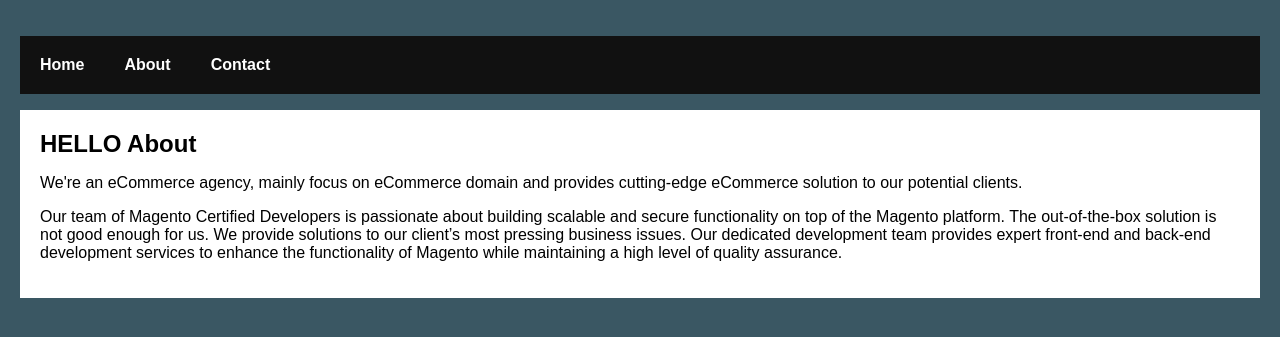
Repository: hardikaureate/React-Pages-Menu
Page: /#/about
These files come from the project's save history. The page is drawn as it stood at one moment and after the next save; the edit follows.
The browser window is 1280 px wide. The pictures show the whole page.
The project was rebuilt for these pictures with package versions that can differ from the ones it lists, and the page was loaded fresh each time. Also part of the build but not shown: src/Home.js, src/Contact.js.

Above is the page before, as saved 2020-10-09 13:13:33.

### src/index.js
import React from 'react';
import ReactDOM from 'react-dom';
import './index.css';
import Main from './Main';


ReactDOM.render(<Main />, document.getElementById('root'));

### src/index.css
body {
    background-color: #3a5763;
    padding: 20px;
    margin: 0;
}

h1,
h2,
p,
ul,
li {
    font-family: sans-serif;
}

ul.header li {
    display: inline;
    list-style-type: none;
    margin: 0;
}

ul.header {
    background-color: #111;
    padding: 0;
}

ul.header li a {
    color: #FFF;
    font-weight: bold;
    text-decoration: none;
    padding: 20px;
    display: inline-block;
}

.content {
    background-color: #FFF;
    padding: 20px;
}

.content h2 {
    padding: 0;
    margin: 0;
}

.content li {
    margin-bottom: 10px;
}

.active {
    background-color: #0099FF;
}

### src/Main.js
import React, { Component } from 'react'
import {Route, Link, HashRouter} from 'react-router-dom';
import Home from './Home';
import About from './About';
import Contact from './Contact';


class Main extends Component {
        render(){
                return(
                        <HashRouter>
                        <React.Fragment>
                                <ul className="header">
                                        <li><Link exact to="/">Home</Link></li>
                                        <li><Link to="/about">About</Link></li>
                                        <li><Link to="/contact">Contact</Link></li>
                                </ul>

                                <div className="content">
                                        <Route exact path="/" component={Home} />
                                        <Route path="/about" component={About} />
                                        <Route path="/contact" component={Contact} />
                                </div>
                        </React.Fragment>
                        </HashRouter>
                )
        }
}

export default Main;

### src/About.js
import React, { Component } from 'react'

class About extends Component {
        render() {
                return (
                        <div>
                        <h2>HELLO About</h2>
                                <p>We're an eCommerce agency, mainly focus on eCommerce domain and provides cutting-edge eCommerce solution to our potential clients.</p>

<p>Our team of Magento Certified Developers is passionate about building scalable and secure functionality on top of the Magento platform. The out-of-the-box solution is not good enough for us. We provide solutions to our client’s most pressing business issues. Our dedicated development team provides expert front-end and back-end development services to enhance the functionality of Magento while maintaining a high level of quality assurance.</p>
                        </div>
                )
        }
}
export default About;

Loaded but not shown: public/index.html (common file)

After the next save:
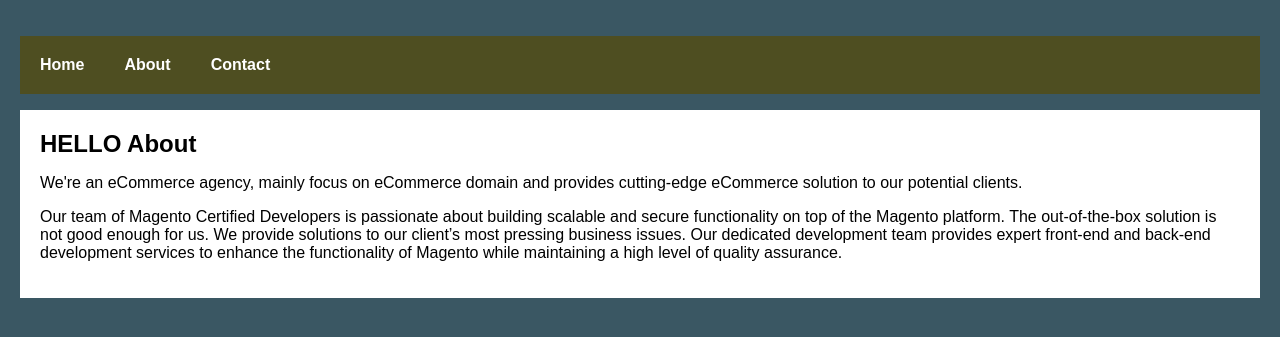
Saved 67 s later.
--- a/src/index.css
+++ b/src/index.css
@@ -19,7 +19,7 @@
 }
 
 ul.header {
-    background-color: #111;
+    background-color: #4e4e21;
     padding: 0;
 }
 
